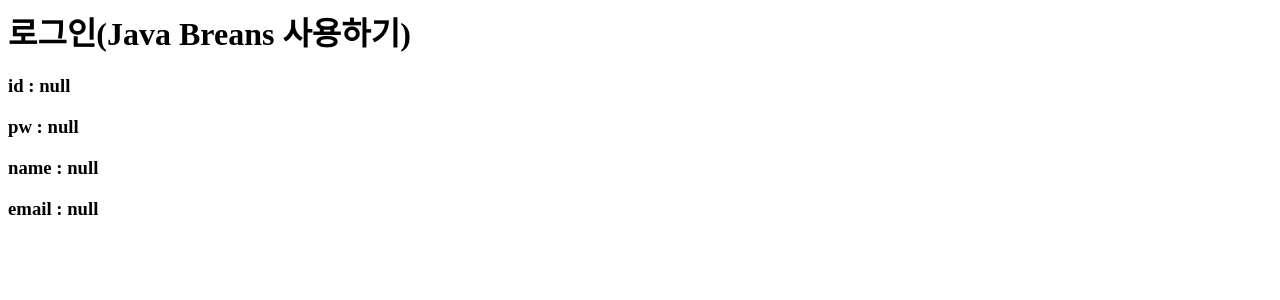
Repository: HongMW/study
Page: http://localhost/jsp01_basic/jsp07_beans/js01_member.jsp
An editor plug-in stored every save of this project. The page is shown before and after the next save, followed by the edit.
The browser window is 1280 px wide. The pictures show the whole page.
The page is served by Tomcat 9. Other server files are loaded and not shown.

Above is the page before, as saved 2022-12-13 04:17:03.

### 04.jsp/jsp01_basic/WebContent/jsp07_beans/js01_member.jsp
<%@page language="java" contentType="text/html; charset=UTF-8" pageEncoding="UTF-8"%>
<jsp:useBean id="member" class="com.lec.member.Member" scope="request"></jsp:useBean>
<div class="container">
	<h1>로그인(Java Breans 사용하기)</h1>
	<h3>id : <%= member.getId() %></h3>
	<h3>pw : <%= member.getPassword() %></h3>
	<h3>name : <%= member.getName() %></h3>
	<h3>email : <%= member.getEmail() %></h3>

</div>

### 04.jsp/jsp01_basic/src/main/java/com/lec/member/Member.java
package com.lec.member;

import java.util.Date;

public class Member {

	private String id;
	private String password;
	private String name;
	private Date registerDate;
	private String email;
	public String getId() {
		return id;
	}
	public void setId(String id) {
		this.id = id;
	}
	public String getPassword() {
		return password;
	}
	public void setPassword(String password) {
		this.password = password;
	}
	public String getName() {
		return name;
	}
	public void setName(String name) {
		this.name = name;
	}
	public Date getRegisterDate() {
		return registerDate;
	}
	public void setRegisterDate(Date registerDate) {
		this.registerDate = registerDate;
	}
	public String getEmail() {
		return email;
	}
	public void setEmail(String email) {
		this.email = email;
	}


}

After the next save:
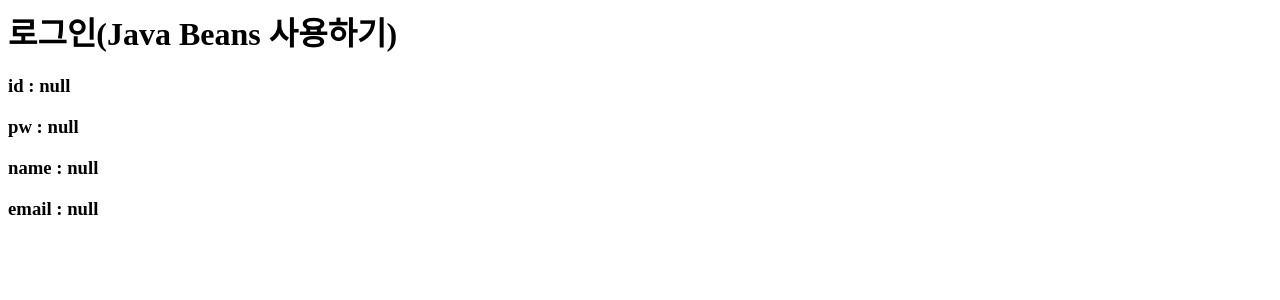
Saved 67 s later.
--- a/04.jsp/jsp01_basic/WebContent/jsp07_beans/js01_member.jsp
+++ b/04.jsp/jsp01_basic/WebContent/jsp07_beans/js01_member.jsp
@@ -1,10 +1,9 @@
 <%@page language="java" contentType="text/html; charset=UTF-8" pageEncoding="UTF-8"%>
-<jsp:useBean id="member" class="com.lec.member.Member" scope="request"></jsp:useBean>
+<jsp:useBean id="member" class="com.lec.member.Member" scope="request"/>
 <div class="container">
-	<h1>로그인(Java Breans 사용하기)</h1>
-	<h3>id : <%= member.getId() %></h3>
-	<h3>pw : <%= member.getPassword() %></h3>
-	<h3>name : <%= member.getName() %></h3>
+	<h1>로그인(Java Beans 사용하기)</h1>
+	<h3>id    : <%= member.getId() %></h3>
+	<h3>pw    : <%= member.getPassword() %></h3>
+	<h3>name  : <%= member.getName() %></h3>
 	<h3>email : <%= member.getEmail() %></h3>
-
 </div>
